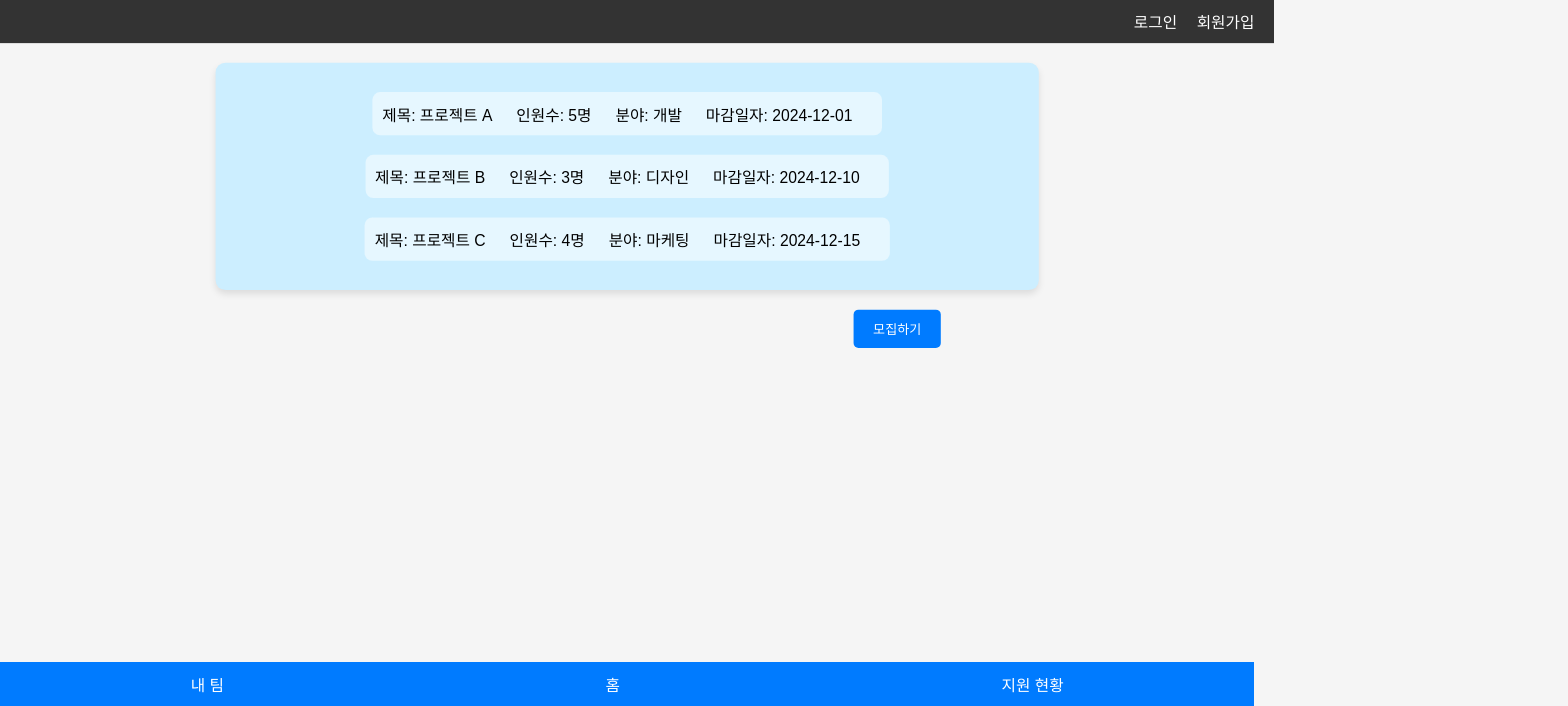
Repository: TUK-WEBSERIVCE/tuk-team-gem
Page: tuk-team-gem/src/main/webapp/main/mainPage.html
These files come from the project's save history. The page is drawn as it stood at one moment and after the next save; the edit follows.
The browser window is 1280 px wide. The page is 1600 px wide, so the pictures cover 1600 px, including what lies to the right of the window. The pictures show the whole page, at 98% of full size.

Above is the page before, as saved 2024-11-13 12:23:11.

### tuk-team-gem/src/main/webapp/main/mainPage.html
<!DOCTYPE html>
<html lang="ko">
<head>
    <meta charset="UTF-8">
    <meta name="viewport" content="width=device-width, initial-scale=1.0">
    <title>tuk-team-gem</title>
    <style>
        body {
            font-family: Arial, sans-serif;
            margin: 0;
            padding: 0;
            display: flex;
            flex-direction: column;
            align-items: center;
            background-color: #f5f5f5;
        }
        header {
            width: 100%;
            display: flex;
            justify-content: flex-end;
            padding: 10px 20px;
            background-color: #333;
            color: white;
        }
        header a {
            color: white;
            margin-left: 20px;
            text-decoration: none;
        }
        .container {
            background-color: #cceeff;
            width: 80%;
            max-width: 800px;
            margin: 20px auto;
            padding: 20px;
            border-radius: 10px;
            box-shadow: 0 4px 8px rgba(0, 0, 0, 0.1);
        }
        .list-item {
            background-color: #e6f7ff;
            padding: 10px;
            margin: 10px 0;
            border-radius: 8px;
            text-align: center;
        }
        .list-item span {
            display: inline-block;
            margin-right: 20px;
        }
        .list-container {
            display: flex;
            flex-direction: column;
            align-items: center;
        }
        /* 모집하기 버튼을 프레임 밖으로 배치 */
        .button-container {
			width: 100%; /* 화면 전체 너비 사용 */
    		display: flex;
    		justify-content: flex-end; /* 오른쪽으로 정렬 */
		    margin-bottom: 20px;
		    padding-right: 50%; /* 오른쪽 여백 */
        }
        .button-container button {
            padding: 10px 20px;
            background-color: #007bff;
            color: white;
            border: none;
            border-radius: 5px;
            cursor: pointer;
        }
        .button-container button:hover {
            background-color: #0056b3;
        }
        nav {
            width: 100%;
            background-color: #007bff;
            padding: 10px 0;
            position: fixed;
            bottom: 0;
        }
        nav ul {
            list-style-type: none;
            display: flex;
            justify-content: space-around;
            margin: 0;
            padding: 0;
        }
        nav ul li a {
            color: white;
            text-decoration: none;
        }
    </style>
</head>
<body>
    <!-- 우상단 로그인 및 회원가입 -->
    <header>
        <a href="#">로그인</a>
        <a href="#" margin-right="50px">회원가입</a>
    </header>

    <!-- 중앙 리스트 -->
    <div class="container">
        <div class="list-container">
            <!-- DB에서 불러온 데이터 목록 (샘플 데이터) -->
            <div class="list-item">
                <span>제목: 프로젝트 A</span>
                <span>인원수: 5명</span>
                <span>분야: 개발</span>
                <span>마감일자: 2024-12-01</span>
            </div>
            <div class="list-item">
                <span>제목: 프로젝트 B</span>
                <span>인원수: 3명</span>
                <span>분야: 디자인</span>
                <span>마감일자: 2024-12-10</span>
            </div>
            <div class="list-item">
                <span>제목: 프로젝트 C</span>
                <span>인원수: 4명</span>
                <span>분야: 마케팅</span>
                <span>마감일자: 2024-12-15</span>
            </div>
        </div>
    </div>

    <!-- 모집하기 버튼을 프레임 밖으로 이동 -->
    <div class="button-container">
        <button>모집하기</button>
    </div>

    <!-- 하단 네비게이션 바 -->
    <nav>
        <ul>
            <li><a href="#">내 팀</a></li>
            <li><a href="#">홈</a></li>
            <li><a href="#">지원 현황</a></li>
        </ul>
    </nav>
</body>
</html>

After the next save:
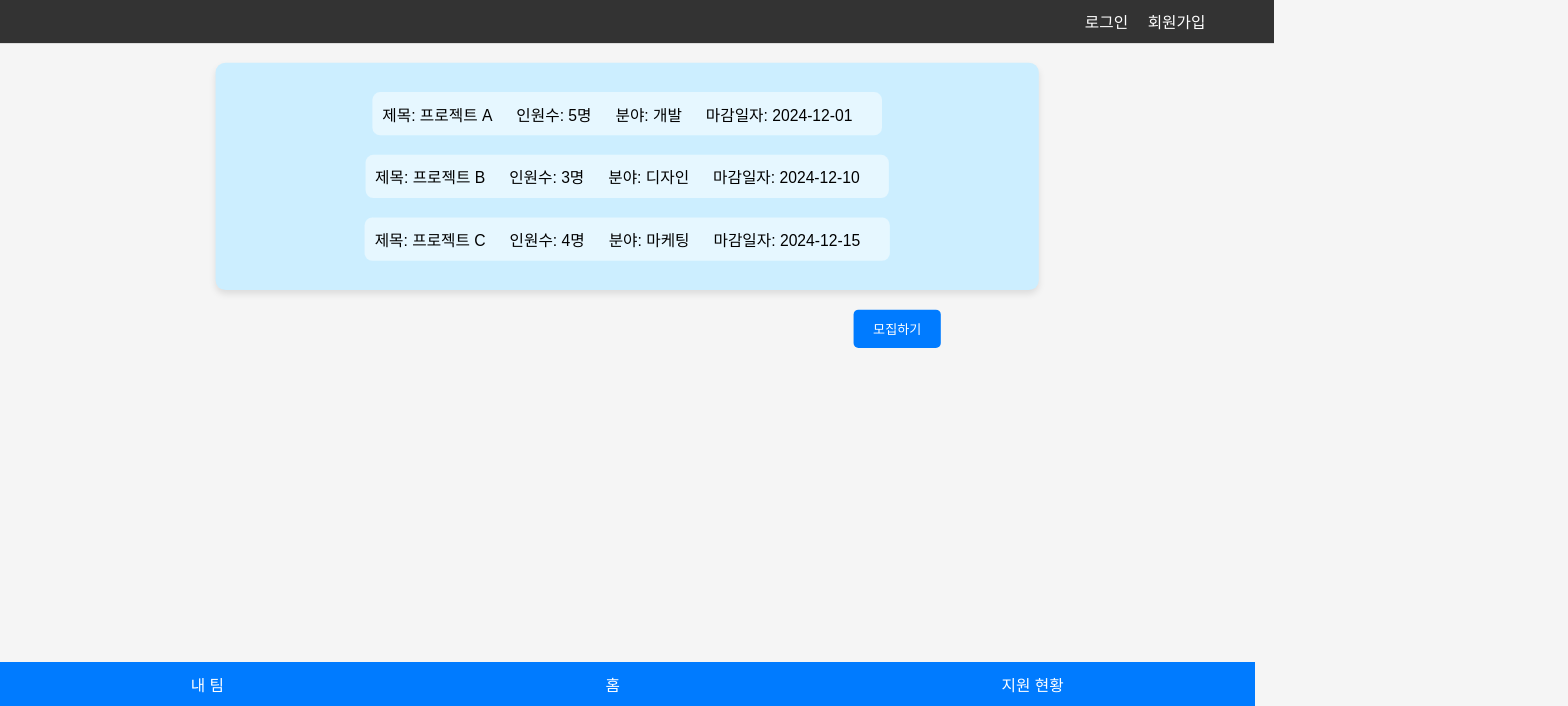
Saved 69 s later.
--- a/tuk-team-gem/src/main/webapp/main/mainPage.html
+++ b/tuk-team-gem/src/main/webapp/main/mainPage.html
@@ -95,7 +95,7 @@
     <!-- 우상단 로그인 및 회원가입 -->
     <header>
         <a href="#">로그인</a>
-        <a href="#" margin-right="50px">회원가입</a>
+        <a href="#" style="margin-right: 50px;">회원가입</a>
     </header>
 
     <!-- 중앙 리스트 -->
